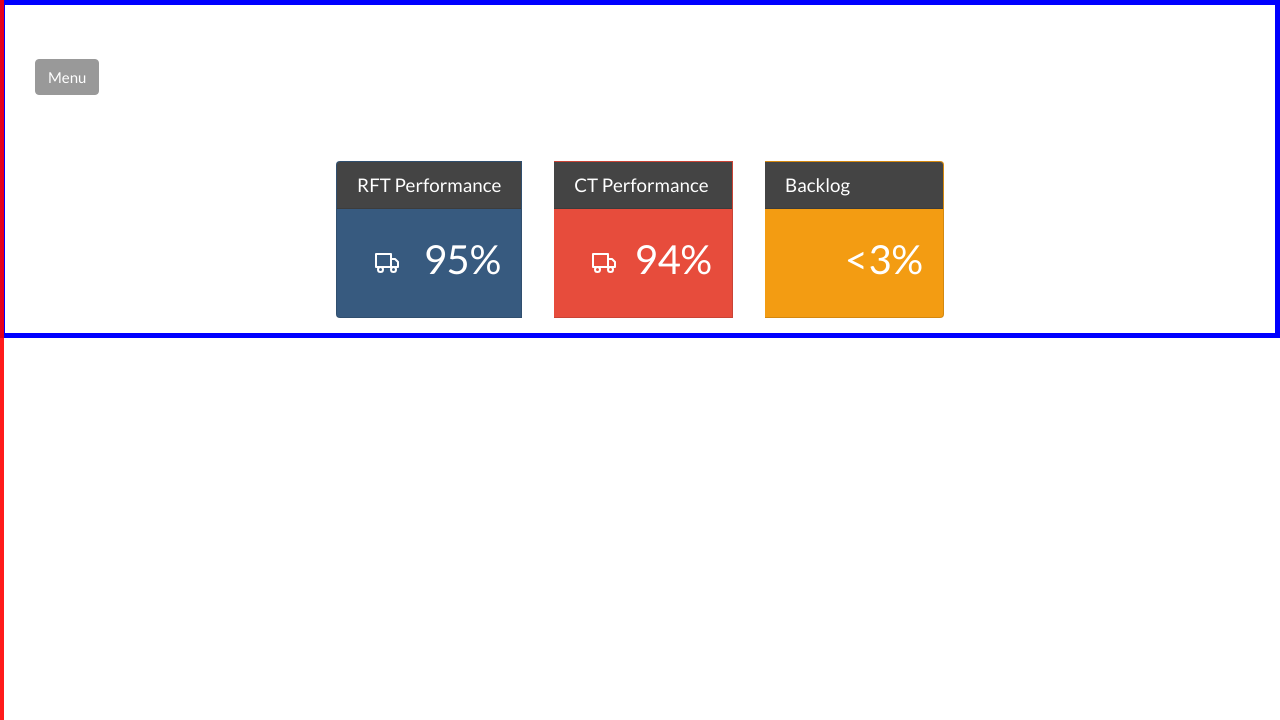
Repository: valenovi76/Delivery-Dashboard
Page: Index.html
The author's editor kept a record of every edit. The page is drawn from the files as they stood at one moment, then again after the next edit.
The browser window is 1280 px wide. The pictures show the whole page.
Some icons come from a web library that is not loaded, so they are not drawn. Some web libraries are served in a nearby version.

Above is the page before.
Console error: TypeError: Cannot read properties of null (reading 'textContent')

### Index.html
<!DOCTYPE html>
<html lang="en">
<head>
    <meta charset="UTF-8">
    <meta name="viewport" content="width=device-width, initial-scale=1.0">
    <meta http-equiv="X-UA-Compatible" content="ie=edge">

    <link rel="stylesheet" href="static/css/bootstrap.min.css" type="text/css" />
    <link rel="stylesheet" href="static/css/dc.min.css" type="text/css" />
    <link href="vendor/fontawesome-free/css/all.min.css" rel="stylesheet" type="text/css">
    <script type="text/javascript" src="static/js/d3.min.js"></script>
    <script type="text/javascript" src="static/js/crossfilter.min.js"></script>
    <script type="text/javascript" src="static/js/dc.min.js"></script>
    <script type="text/javascript" src="static/js/queue.min.js"></script>
    <script type="text/javascript" src="static/js/graphs.js"></script>
    <script src="https://ajax.googleapis.com/ajax/libs/jquery/1.11.3/jquery.min.js"></script>
    <script src="http://maxcdn.bootstrapcdn.com/bootstrap/3.3.4/js/bootstrap.min.js"></script>
    <link rel="stylesheet" href="static/css/style.css" type="text/css" />
    <title>Daily Delivery Dashboard</title>

</head>
<body>

    <div id="wrapper">

        <!-- Sidebar -->
        <div id="sidebar-wrapper">
            <ul class="sidebar-nav">
                <li><a href="#">Account</a></li>
                <li><a href="#">Settings</a></li>
                <li><a href="#">Logout</a></li>
            </ul>
        </div>

        <!-- Page content -->
        <div id="page-content-wrapper">
            <div class="container-fluid">
                <div class="header text-center">
                    <p>test</p>
                </div>
                <div class="row">
                    <div class="col-lg-12">
                            <a href="#" class="btn btn-light" id="menu-toggle">Menu</a>
                            <h1>Delivery KPIs Dashboard</h1>
                            <div class="row">
                              <div class="card-group mx-auto">
                                    <div class="card flex-fill bg-primary text-white mx-3">
                											<div class="card-header">
                												<h5 class="card-title text-white mb-0">RFT Performance</h5>
                											</div>
                    											<div class="card-body py-3">
                    												<div class="row no-gutters">
                    													<div class="col-4 align-self-center text-left">
                    														<div class="icon icon-primary">
                    															<svg xmlns="http://www.w3.org/2000/svg" width="24" height="24" viewBox="0 0 24 24" fill="none" stroke="currentColor" stroke-width="2" stroke-linecap="round" stroke-linejoin="round" class="feather feather-truck align-middle"><rect x="1" y="3" width="15" height="13"></rect><polygon points="16 8 20 8 23 11 23 16 16 16 16 8"></polygon><circle cx="5.5" cy="18.5" r="2.5"></circle><circle cx="18.5" cy="18.5" r="2.5"></circle></svg>
                    														</div>
                    													</div>
                    													<div class="col-8 align-self-center text-right">

                    														<h2 class="text-white">95%</h2>
                    													</div>
                    												</div>
                    											</div>
                    										</div>
                                    <div class="card flex-fill bg-danger text-white mx-3">
                											<div class="card-header">
                												<h5 class="card-title text-white mb-0">CT Performance</h5>
                											</div>
                    											<div class="card-body py-3">
                    												<div class="row no-gutters">
                    													<div class="col-4 align-self-center text-left">
                    														<div class="icon icon-primary">
                    															<svg xmlns="http://www.w3.org/2000/svg" width="24" height="24" viewBox="0 0 24 24" fill="none" stroke="currentColor" stroke-width="2" stroke-linecap="round" stroke-linejoin="round" class="feather feather-truck align-middle"><rect x="1" y="3" width="15" height="13"></rect><polygon points="16 8 20 8 23 11 23 16 16 16 16 8"></polygon><circle cx="5.5" cy="18.5" r="2.5"></circle><circle cx="18.5" cy="18.5" r="2.5"></circle></svg>
                    														</div>
                    													</div>
                    													<div class="col-8 align-self-center text-right">
                    														<h2 class="text-white">94%</h2>
                    													</div>
                    												</div>
                    											</div>
                    										</div>
                                    <div class="card flex-fill bg-warning text-white mx-3">
                											<div class="card-header">
                												<h5 class="card-title text-white mb-0">Backlog</h5>
                											</div>
                    											<div class="card-body py-3">
                    												<div class="row no-gutters">
                    													<div class="col-4 align-self-center text-left">
                    														<div class="icon icon-primary">
                    														    <i class="far fa-check-square"></i>
                    														</div>
                    													</div>
                    													<div class="col-8 align-self-center text-right">
                    														<h2 class="text-white"> <3% </h2>
                    													</div>
                    												</div>
                    											</div>
                    										</div
                              </div>
                            </div>
                    </div>
                </div>
            </div>
        </div>

    </div>

    <!-- Menu toggle script -->
    <script>
        $("#menu-toggle").click( function (e){
            e.preventDefault();
            $("#wrapper").toggleClass("menuDisplayed");
        });
    </script>

</body>
</html>

### static/js/graphs.js
//load data
queue()
.defer(d3.csv, "/data/orders.csv")
.await(makeGraphs);


// Make graphs function
function makeGraphs(error, orderData) {

    var ndx = crossfilter(orderData);


orderData.forEach(function(d){
d.CT_Ex_Delayed_Days=parseInt(d.CT_Ex_Delayed_Days)})




    show_wip_group_selector(ndx);
    show_product_selector(ndx);
    show_project_selector(ndx);
    show_created(ndx);
    show_completed(ndx);
    show_order_order_type(ndx);
    show_ct_avg(ndx);
    show_SLT_perf(ndx);
    show_ontime_late(ndx);
    show_percent_RFT_OnTime(ndx);
    show_percent_CT_Pass(ndx);
    show_monthly_delivery(ndx);



    dc.renderAll();
}


//Selector js
function show_wip_group_selector(ndx){
    var dim = ndx.dimension(dc.pluck('Channel'));
    var group = dim.group();
    var select = dc.selectMenu("#wip_group_selector")
        .dimension(dim)
        .group(group);

}
function show_product_selector(ndx){
    var dim = ndx.dimension(dc.pluck('Product'));
    var group = dim.group();
    var select = dc.selectMenu("#product_selector")
        .dimension(dim)
        .group(group);

}
function show_project_selector(ndx){
    var dim=ndx.dimension(dc.pluck('Project'));
    var group= dim.group();
    var select = dc.selectMenu("#project_selector")
        .dimension(dim)
        .group(group);

}

// KPIS values -RFT %

function show_percent_RFT_OnTime(ndx) {
    var percentageThatAreOnTime = ndx.groupAll().reduce(
        function(p, v) {
            p.total++;
                if(v.On_Time === "On-Time") {
                    p.match++;
                }
                return p;
            },
            function (p, v) {
                p.total--;
                if(v.On_Time === "On-Time") {
                    p.match--;
                }
                return p;
            },
            function () {
                return {total: 0, match: 0};
            }
    );

    dc.numberDisplay("#RFTPerc")
        .formatNumber(d3.format(".1%"))
        .valueAccessor(function (d) {
            if (d.count == 0) {
                return 0;
            } else {
                return ( d.match/d.total );
            }
        })
        .group(percentageThatAreOnTime)
}

// KPIS values - CT %

function show_percent_CT_Pass(ndx) {
    var percentageThatArePassed = ndx.groupAll().reduce(
        function(p, v) {
            p.total++;
                if(v.SLT_Status === "Pass") {
                    p.match++;
                }
                return p;
            },
            function (p, v) {
                p.total--;
                if(v.SLT_Status === "Pass") {
                    p.match--;
                }
                return p;
            },
            function () {
                return {total: 0, match: 0};
            }
    );

    dc.numberDisplay("#CTPerc")
        .formatNumber(d3.format(".1%"))
        .valueAccessor(function (d) {
            if (d.count == 0) {
                return 0;
            } else {
                return ( d.match/d.total );
            }
        })
        .group(percentageThatArePassed)
}

//KPIS values - Monthly deliveries
function show_monthly_delivery(ndx){
    var avgMonthlyDeliveries = ndx.groupAll().reduce(
        function(p, v) {
            p.total++;
                if(v.Order_Status === "Completed") {
                    p.match++;
                }
                return p;
            },
            function (p, v) {
                p.total--;
                if(v.Order_Status === "Completed") {
                    p.match--;
                }
                return p;
            },
            function () {
                return {total: 0, match: 0};
            }
    );

    dc.numberDisplay("#avg_monthly_delivery")
        .formatNumber(d3.format(".1f"))
        .valueAccessor(function (d) {
            if (d.total == 0) {
                return 0;
            } else {
                return ( d.match/6 );
            }
        })
        .group(avgMonthlyDeliveries)
}


//created line js
function show_created(ndx) {
var dim = ndx.dimension(dc.pluck('Created_Month'));
var group =dim.group();

dc.lineChart("#created")
.width(400)
.height(300)
.margins({top: 30, right: 40, bottom: 50, left: 50})
.dimension(dim)
.group(group)
.transitionDuration(500)
.x(d3.scale.ordinal())
.xUnits(dc.units.ordinal)
.elasticY(true)
.xAxisLabel("FY 2019-2020 Month")
.yAxis().ticks(20);
 }

//completed line js
function show_completed(ndx) {
var dim = ndx.dimension(dc.pluck('Completed_Month'));
var group = dim.group();

dc.lineChart("#completed")

.width(400)
.height(300)
.margins({top: 30, right: 40, bottom: 50, left: 50})
.dimension(dim)
.group(group)
.transitionDuration(500)
.x(d3.scale.ordinal())
.xUnits(dc.units.ordinal)
.elasticY(true)
.xAxisLabel("FY 2019-2020 Month")
.yAxis().ticks(20);
 }

//WIP pie js
function show_order_order_type(ndx) {
    var dim = ndx.dimension(dc.pluck('Order_Type'));
    var group = dim.group();


    dc.pieChart("#order_type")

        .width(400)
        .height(300)
        .slicesCap(4)
        .innerRadius(100)
        .dimension(dim)
        .group(group)
        .legend(dc.legend())

}
//CT Avg line js
function show_ct_avg(ndx){
var dim = ndx.dimension(dc.pluck("Completed_Month"));

function add_item(p,v){
p.count ++;
p.total += v.CT_Ex_Delayed_Days;
p.average = p.total/p.count;
return p;
}
function remove_item(p,v){
p.count--;
if(p.count==0){
p.total=0;
p.average=0;}else{
p.total -= v.CT_Ex_Delayed_Days;
p.average = p.total/p.count;
}
return p;
}
function initialise(){
    return{count:0, total:0, average:0};
}


var group= dim.group().reduce(add_item,remove_item,initialise);


dc.lineChart("#ct_avg")
.width(400)
.height(300)
.margins({top: 10, right: 50, bottom: 30, left: 50})
.dimension(dim)
.group(group)
.valueAccessor(function(d){
return d.value.average})
.transitionDuration(500)
.x(d3.scale.ordinal())
.xUnits(dc.units.ordinal)
.elasticY(true)
.xAxisLabel("FY 2019-2020 Month")
.yAxis().ticks(20);

}
//CT perf js
function show_SLT_perf(ndx){

    function SLTPerfByMonth(dimension, SLT_Status) {
        return dimension.group().reduce(
            function (p, v) {
                p.total++;
                if(v.SLT_Status == SLT_Status) {
                    p.match++;
                }
                return p;
            },
            function (p, v) {
                p.total--;
                if(v.SLT_Status == SLT_Status) {
                    p.match--;
                }
                return p;
            },
            function () {
                return {total: 0, match: 0};
            }
        );
    }

    var dim = ndx.dimension(dc.pluck("Completed_Month"));
    var PassByMonth = SLTPerfByMonth(dim, "Pass");
    var FailByMonth = SLTPerfByMonth(dim, "Fail");

    dc.barChart("#ct_perf")
        .width(400)
        .height(300)
        .dimension(dim)
        .group(PassByMonth, "Pass")
        .stack(FailByMonth, "Fail")
        .valueAccessor(function(d) {
            if(d.value.total > 0) {
                return (d.value.match / d.value.total) * 100;
            } else {
                return 0;
            }
        })
        .x(d3.scale.ordinal())
        .xUnits(dc.units.ordinal)
        .legend(dc.legend().x(320).y(20).itemHeight(15).gap(5))
        .margins({top: 10, right: 100, bottom: 30, left: 30});
}

  //On time vs Late stacked-bars graph

   function show_ontime_late(ndx) {

    function RFTPerfByMonth(dimension, On_Time) {
        return dimension.group().reduce(
            function (p, v) {
                p.total++;
                if(v.On_Time == On_Time) {
                    p.match++;
                }
                return p;
            },
            function (p, v) {
                p.total--;
                if(v.On_Time == On_Time) {
                    p.match--;
                }
                return p;
            },
            function () {
                return {total: 0, match: 0};
            }
        );
    }

    var dim = ndx.dimension(dc.pluck("Completed_Month"));
    var OnTimeByMonth = RFTPerfByMonth(dim, "On-Time");
    var LateByMonth = RFTPerfByMonth(dim, "Late");

    dc.barChart("#ontime_perf")
        .width(400)
        .height(300)
        .dimension(dim)
        .group(OnTimeByMonth, "On-Time")
        .stack(LateByMonth, "Late")
        .valueAccessor(function(d) {
            if(d.value.total > 0) {
                return (d.value.match / d.value.total) * 100;
            } else {
                return 0;
            }
        })
        .x(d3.scale.ordinal())
        .xUnits(dc.units.ordinal)
        .legend(dc.legend().x(320).y(20).itemHeight(15).gap(5))
        .margins({top: 10, right: 100, bottom: 30, left: 30});
   }

### static/css/style.css
/*Body*/
.page-content-wrapper{
    background-color: white;
}

/*Header*/


/* Sidebar */
#sidebar-wrapper {
    z-index: 1;
    position: absolute;
    width: 0;
    height: 100%;
    overflow-y: hidden;
    background: #2C3E50;
    border: 2px solid red;
    opacity: 0.9;
}

/* Always take up entire screen */
#page-content-wrapper {
    width: 100%;
    position: absolute;
    padding: 15px;
    border: 5px solid blue;
}


/* Change with of sidebar from 0 to 250px */
#wrapper.menuDisplayed #sidebar-wrapper {
    width: 250px;
}

/* Since we added left padding, we need to shrink the width by 250px */
#wrapper.menuDisplayed #page-content-wrapper {
    padding-left: 250px;
}


/* Sidebar styling - the entire ul list */
.sidebar-nav {
    padding: 0;
    list-style: none;
}

.sidebar-nav li {
    text-indent: 20px;
    line-height: 40px;
}

.sidebar-nav li a {
    display: block;
    text-decoration: none;
    color: #ddd;
}

.sidebar-nav li a:hover {
    background: #16A085;
}

/*Header*/

/*Cards style*/
.card{
    display:block;
}

.icon {
    width: 60px !important;
    height: 60px !important;
    line-height: 52px;
    text-align: center;
    font-size: 2rem;
    margin: .5rem 0;
}

Loaded but not shown: static/css/bootstrap.min.css (library); static/css/dc.min.css (library); static/js/d3.min.js (library); static/js/crossfilter.min.js (library); static/js/dc.min.js (library); static/js/queue.min.js (common file)

After the next edit:
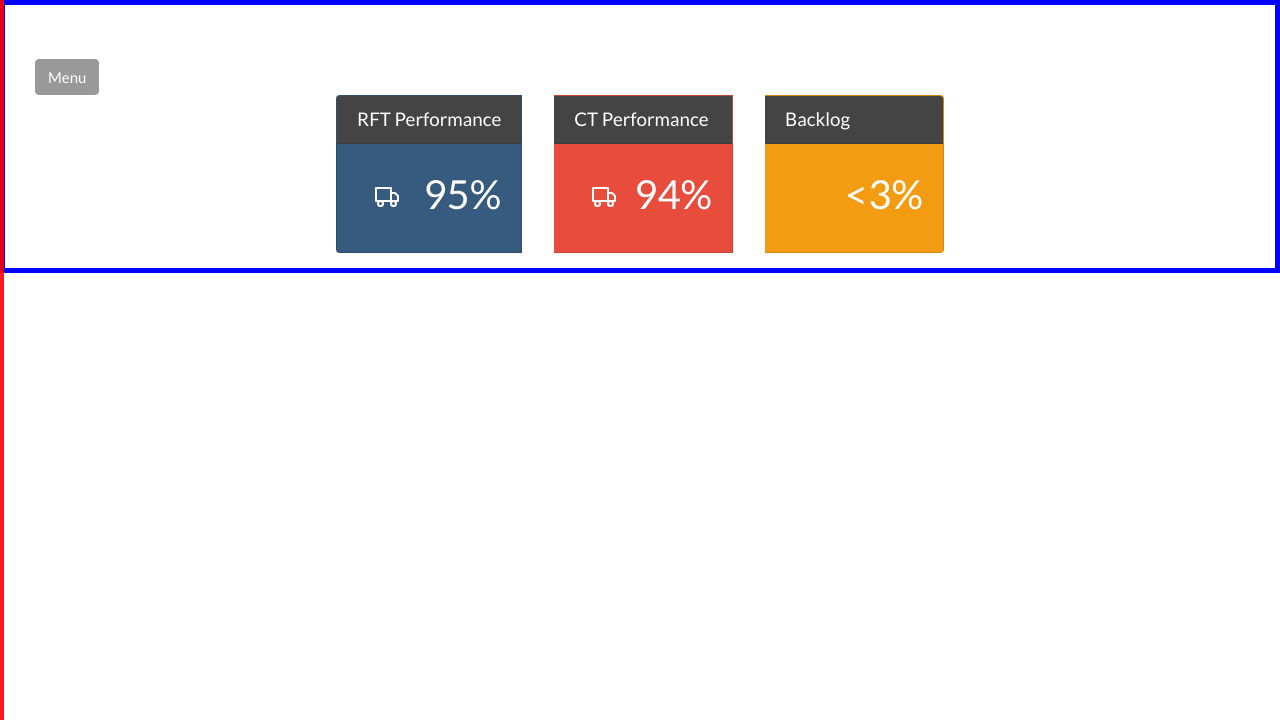
The edit:
--- a/Index.html
+++ b/Index.html
@@ -41,7 +41,7 @@
                 <div class="row">
                     <div class="col-lg-12">
                             <a href="#" class="btn btn-light" id="menu-toggle">Menu</a>
-                            <h1>Delivery KPIs Dashboard</h1>
+
                             <div class="row">
                               <div class="card-group mx-auto">
                                     <div class="card flex-fill bg-primary text-white mx-3">
